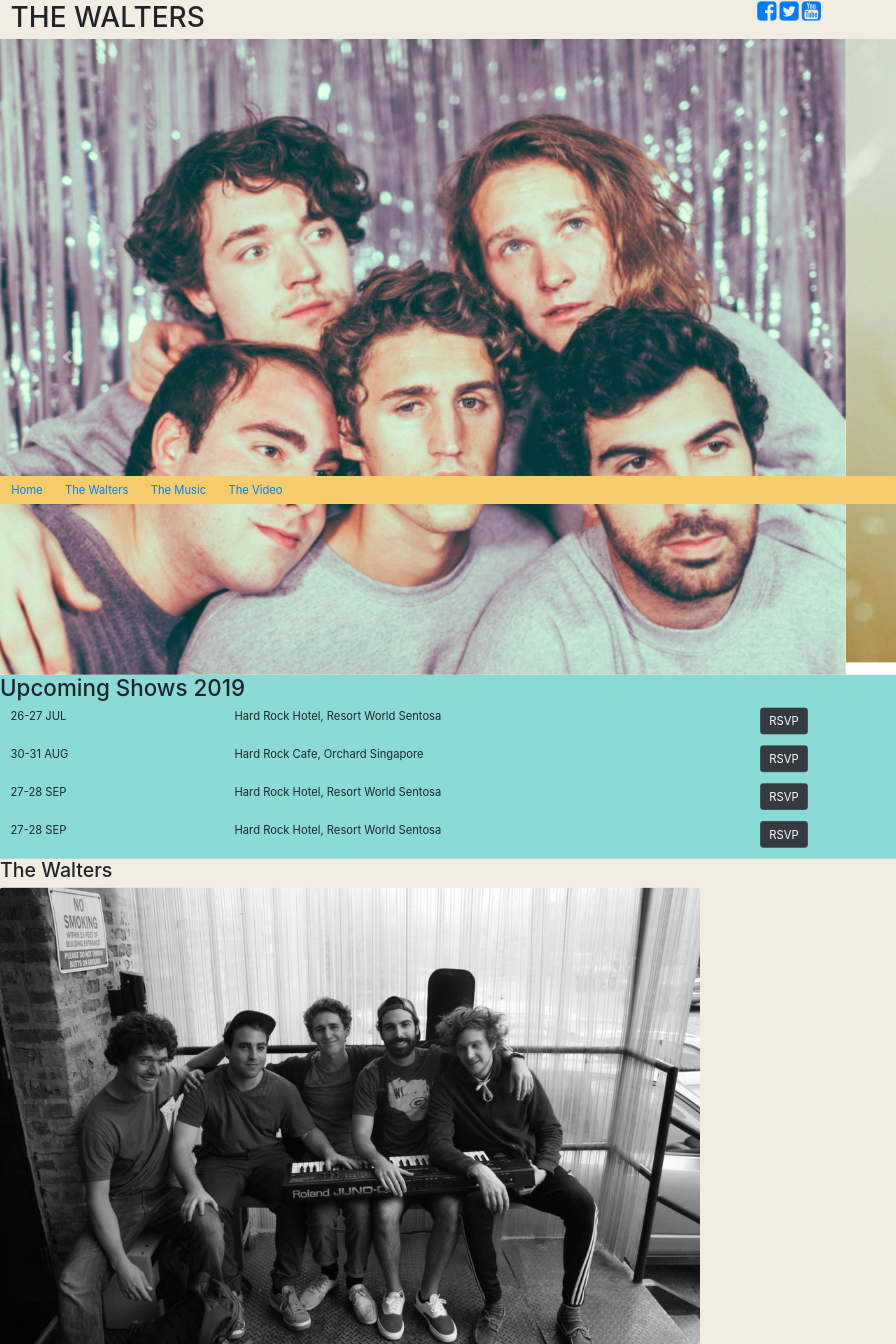
Repository: yucheng91/CIassignment1
Page: index.html
The author's editor kept a record of every edit. The page is drawn from the files as they stood at one moment, then again after the next edit.
The browser window is 1280 px wide. The pictures show the part of the page from y = 0 to 1920 px (the page is 4152 px tall before and 4427 px after), at 70% of full size.

Above is the page before.

### index.html
<!doctype html>
<html lang="en">

<head>
  <!-- Required meta tags -->
  <meta charset="utf-8">
  <meta name="viewport" content="width=device-width, initial-scale=1, shrink-to-fit=no">

  <!-- Bootstrap CSS -->
  <link rel="stylesheet" href="https://stackpath.bootstrapcdn.com/bootstrap/4.3.1/css/bootstrap.min.css" integrity="sha384-ggOyR0iXCbMQv3Xipma34MD+dH/1fQ784/j6cY/iJTQUOhcWr7x9JvoRxT2MZw1T" crossorigin="anonymous">
  <link rel="stylesheet" href="newstyle.css" type="text/css" />
  <link rel="stylesheet" href="https://maxcdn.bootstrapcdn.com/font-awesome/4.7.0/css/font-awesome.min.css" type="text/css" />
  <title>The Walters</title>
</head>

<body>
  <header>
    <div class="container-fluid">
      <div class="row">
        <div class="col-10">
          <a name="Home" />
          <h1>THE WALTERS</h1>
        </div>
        <div class="col-2">
          <a href="https://www.facebook.com"><i class="fa fa-facebook-square fa-2x" aria-hidden="true"></i></a>
          <a href="https://www.twitter.com"><i class="fa fa-twitter-square fa-2x" aria-hidden="true"></i></a>
          <a href="https://www.youtube.com"><i class="fa fa-youtube-square fa-2x" aria-hidden="true"></i></a>
        </div>
      </div>
    </div>
  </header>

  <section id ="thecarousel">
  <div id="carouselExampleControls" class="carousel slide" data-ride="carousel">
    <div class="carousel-inner">
      <div class="carousel-item active">
        <img class="d-block w-100" src="images/c1.jpg" alt="First slide">
      </div>
      <div class="carousel-item">
        <img class="d-block w-100" src="images/c2.jpg" alt="Second slide">
      </div>
      <div class="carousel-item">
        <img class="d-block w-100" src="images/c3.jpg" alt="Third slide">
      </div>
    </div>
    <a class="carousel-control-prev" href="#carouselExampleControls" role="button" data-slide="prev">
    <span class="carousel-control-prev-icon" aria-hidden="true"></span>
    <span class="sr-only">Previous</span>
  </a>
    <a class="carousel-control-next" href="#carouselExampleControls" role="button" data-slide="next">
    <span class="carousel-control-next-icon" aria-hidden="true"></span>
    <span class="sr-only">Next</span>
  </a>
  </div>
  </section>

  <section id="upcomingshow">
    <div>
      <h2>Upcoming Shows 2019</h2>
      <div class="container-fluid">
        <div class="row">
          <div class="col-12 col-md-3">
            <p>26-27 JUL</p>
          </div>
          <div class="col-12 col-md-6">
            <p>Hard Rock Hotel, Resort World Sentosa</p>
          </div>
          <div class="col-12 col-md-3 text-center">
            <a href="https://www.eventbrite.sg"><button type="button" class="btn btn-dark">RSVP</button></p></a>
          </div>
        </div>

        <div class="row">
          <div class="col-12 col-md-3">
            <p>30-31 AUG</p>
          </div>
          <div class="col-12 col-md-6">
            <p>Hard Rock Cafe, Orchard Singapore</p>
          </div>
          <div class="col-12 col-md-3 text-center">
            <a href="https://www.eventbrite.sg"><button type="button" class="btn btn-dark">RSVP</button></p></a>
          </div>
        </div>
        <div class="row">
          <div class="col-12 col-md-3">
            <p>27-28 SEP</p>
          </div>
          <div class="col-12 col-md-6">
            <p>Hard Rock Hotel, Resort World Sentosa</p>
          </div>
          <div class="col-12 col-md-3 text-center">
            <a href="https://www.eventbrite.sg"><button type="button" class="btn btn-dark">RSVP</button></p></a>
          </div>
        </div>
        <div class="row">
          <div class="col-12 col-md-3">
            <p>27-28 SEP</p>
          </div>
          <div class="col-12 col-md-6">
            <p>Hard Rock Hotel, Resort World Sentosa</p>
          </div>
          <div class="col-12 col-md-3 text-center">
            <a href="https://www.eventbrite.sg"><button type="button" class="btn btn-dark">RSVP</button></p></a>
          </div>
        </div>
      </div>
  </section>

  <section id="themembers">
    <div class="members">
      <a name="TheWalters" />
      <h3>The Walters</h3>
      <img src="images/groupphoto.jpeg" class="img-fluid rounded" alt="Responsive image">
      <br><br>
      <p>The Walters were an unsigned five-piece indie rock band from Chicago, Illinois. As of 2017 they had released two albums and three singles and were touring the United States on their first national tour.</p>
      <p>The band formed in Chicago Illinois in 2014 after the band's guitarist and namesake Walter Kosner moved from Connecticut to Chicago in an attempt to attend DePaul University. After dropping out of the school, Kosner recruited the rest of the band
        members who eventually would form The Walters. That same year the band released their first recorded effort, Songs for Dads. The release saw the band charting on Spotify's United States Viral Top 50. This caught the attention of Mario Cuomo,singer
        of The Orwells, who brought the band's music to Canvasback Records. As part of the label's ongoing monthly singles series, Canvasclub, The Walters released two songs, entitled "Hunk Beach" and "I Want to Be Good".Their song "I Love You So" has
        earned over 11,000,000 views on YouTube since 2014. In a 2015 interview with Ben Niesdopziany from These Days[8] the band stated that the names of their EPs and singles are not always reflective of the music's content and were instead chosen for
        their humor or because the band liked the name. During 2015 the band also recorded their second full-length effort, Young Men, which was also an independently recorded and distributed release.</p>
      <div class="container-fluid">
        <div class="row">
          <div class="col-3"></div>
          <div class="col-12 col-md-3 card-padding">
            <div class="card">
              <img class="card-img-top" src="images/LukeOlson.png" alt="Card image cap">
              <div class="card-body">
                <h5 class="card-title">Luke Olson</h5>
                <p class="card-text">Lead vocalist & guitarist</p>
              </div>
            </div>
          </div>
          <div class="col-12 col-md-3 card-padding">
            <div class="card">
              <img class="card-img-top" src="images/walterkosner.png" alt="Card image cap">
              <div class="card-body">
                <h5 class="card-title">Walter Kosner</h5>
                <p class="card-text">Lead guitarist</p>
              </div>
            </div>
          </div>
          <div class="col-3"></div>
        </div>
        <div class="row">
          <div class="col-1"></div>
          <div class="col-12 col-md-3 card-padding">
            <div class="card">
              <img class="card-img-top" src="images/CharlieEkhaus.jpeg" alt="Card image cap">
              <div class="card-body">
                <h5 class="card-title">Charlie Ekhaus</h5>
                <p class="card-text">Drummer</p>
              </div>
            </div>
          </div>
          <div class="col-12 col-md-3 card-padding">
            <div class="card">
              <img class="card-img-top" src="images/MJTirabassi.jpeg" alt="Card image cap">
              <div class="card-body">
                <h5 class="card-title">Michael Tirabassi</h5>
                <p class="card-text">Vocalist and guitarist</p>
              </div>
            </div>
          </div>
          <div class="col-12 col-md-3 card-padding">
            <div class="card">
              <img class="card-img-top" src="images/DannyWells.png" alt="Card image cap">
              <div class="card-body">
                <h5 class="card-title">Danny Wells</h5>
                <p class="card-text">Bass</p>
              </div>
            </div>
          </div>
          <div class="col-1"></div>
        </div>
      </div>
    </div>
  </section>


  <section id="themusic">
    <div class="music">
      <a name="Music" />
      <h3>The Music</h3>
      <div class="container-fluid">
        <div class="row">
          <div class="col-2"></div>
          <div class="col-12 col-md-4">
            <iframe src="https://open.spotify.com/embed/album/3MFTbUnA8C9T6KCBb0gpH5" style="border: 0; width: 100%; height: 380px;" allowfullscreen allow="autoplay; encrypted-media"></iframe>
          </div>
          <div class="col-12 col-md-4">
            <iframe src="https://open.spotify.com/embed/album/5ADia0t4o7pA8dyi8jRA4E" style="border: 0; width: 100%; height: 380px;" allowfullscreen allow="autoplay; encrypted-media"></iframe>
          </div>
          <div class="col-2"></div>
        </div>
  </section>

  <section id="thevideo">
    <div class="video">
      <a name="Video" />
      <h3>The Video</h3><br/>
      <div class="embed-responsive embed-responsive-16by9">
        <iframe class="embed-responsive-item" src="https://www.youtube.com/embed/5zfrnme2nJ4" allowfullscreen></iframe>
      </div>
    </div>
  </section>

<footer>
  <ul class="nav justify-content-start">
    <li class="nav-item">
      <a class="nav-link active" href="#Home">Home</a>
    </li>
    <li class="nav-item">
      <a class="nav-link" href="#TheWalters">The Walters</a>
    </li>
    <li class="nav-item">
      <a class="nav-link" href="#Music">The Music</a>
    </li>
    <li class="nav-item">
      <a class="nav-link" href="#Video">The Video</a>
    </li>
  </ul>
    <!--<div class="navbar">-->
    <!--  <ul class="nav justify-content-start">-->
    <!--    <li class="nav-item">-->
    <!--      <a class="nav-link active" href="#Home">HOME</a>-->
    <!--    </li>-->
    <!--    <li class="nav-item">-->
    <!--      <a class="nav-link" href="#TheWalters">THE WALTERS</a>-->
    <!--    </li>-->
    <!--    <li class="nav-item">-->
    <!--      <a class="nav-link" href="#Music">MUSIC</a>-->
    <!--    </li>-->
    <!--    <li class="nav-item">-->
    <!--      <a class="nav-link" href="#Video">VIDEO</a>-->
    <!--    </li>-->
    <!--  </ul>-->
    <!--</div>-->
</footer>

  <!-- Optional JavaScript -->
  <!-- jQuery first, then Popper.js, then Bootstrap JS -->
  <script src="https://code.jquery.com/jquery-3.3.1.slim.min.js" integrity="sha384-q8i/X+965DzO0rT7abK41JStQIAqVgRVzpbzo5smXKp4YfRvH+8abtTE1Pi6jizo" crossorigin="anonymous"></script>
  <script src="https://cdnjs.cloudflare.com/ajax/libs/popper.js/1.14.7/umd/popper.min.js" integrity="sha384-UO2eT0CpHqdSJQ6hJty5KVphtPhzWj9WO1clHTMGa3JDZwrnQq4sF86dIHNDz0W1" crossorigin="anonymous"></script>
  <script src="https://stackpath.bootstrapcdn.com/bootstrap/4.3.1/js/bootstrap.min.js" integrity="sha384-JjSmVgyd0p3pXB1rRibZUAYoIIy6OrQ6VrjIEaFf/nJGzIxFDsf4x0xIM+B07jRM" crossorigin="anonymous"></script>
</body>

</html>

### newstyle.css
header {
    background-color:#f1ede2;
}

#upcomingshow{
    background-color:#8adad7;
}

#themembers{
    background-color:#f1ede2;
}

#themusic{
    background-color:#ff7858;
}

#thevideo{
    background-color:#f1ede2;
}
footer {
    position: fixed;
    bottom: 0;
    width: 100%;
    padding:0;
    background-color:#f5cd6b;
}

@media (max-width: 767px) {
    body {
        font-size: 15px;
    }

    h1 {
        font-size: 27px;
    }

    h2 {
        font-size: 20px;
    }

    p {
        font-size: 15px;
    }

    navbar {
        font-size: 15px;
    }

}

@media (max-width:359px) {
    section {
        padding-bottom:76px;
    }
}

After the next edit:
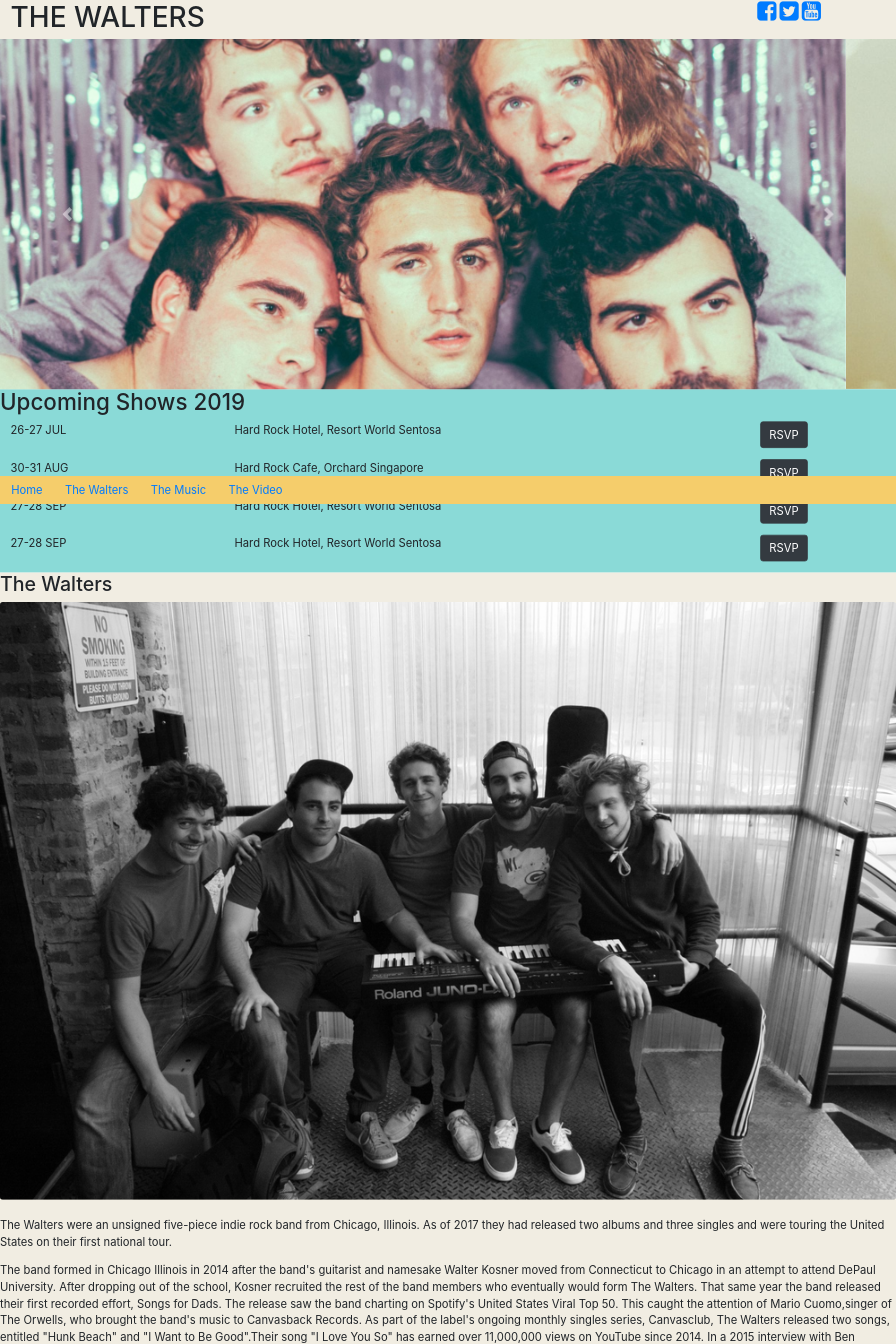
The edit:
--- a/newstyle.css
+++ b/newstyle.css
@@ -1,5 +1,12 @@
 header {
     background-color:#f1ede2;
+}
+
+/*img is only for carousel*/
+img {
+    height: 500px;
+    width: 100%;
+    object-fit: cover;
 }
 
 #upcomingshow{
